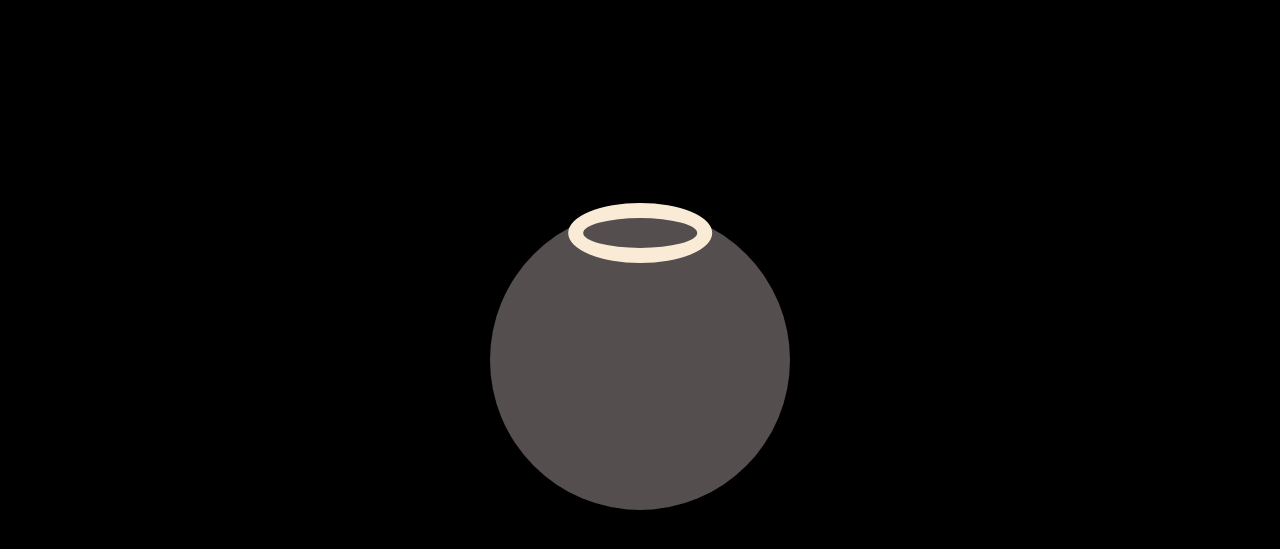
Repository: zjria/Colorful-Glowing-Liquid-Bowl-Animation-Effects
Page: index.html
An editor plug-in stored every save of this project. The page is shown before and after the next save, followed by the edit.
The browser window is 1280 px wide. The pictures show the whole page.

Above is the page before, as saved 2022-04-15 17:43:33.

After the next save:
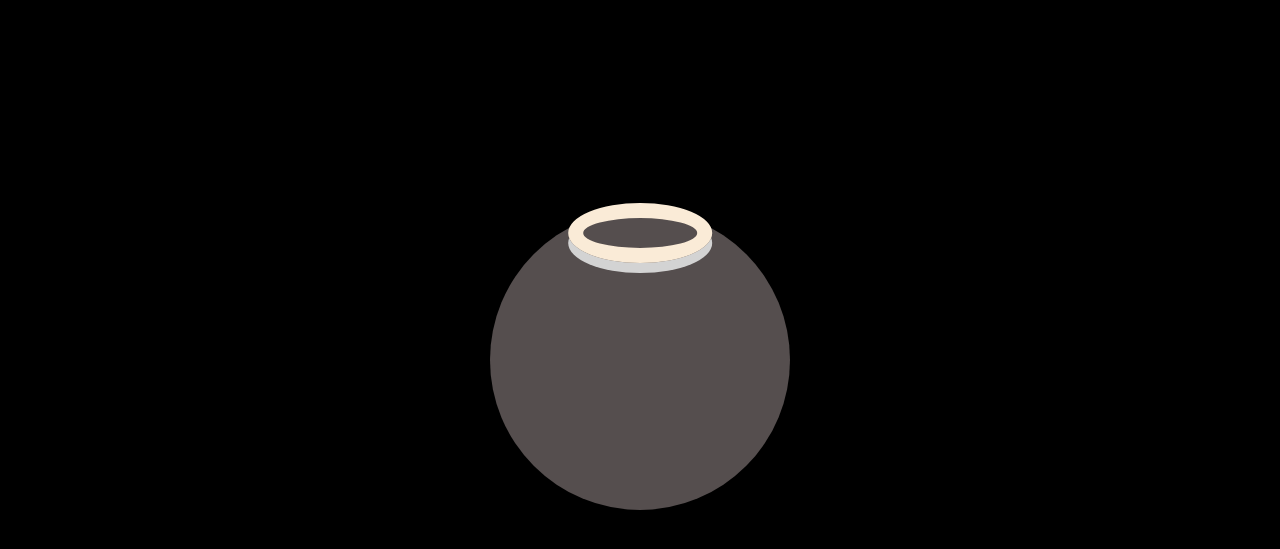
Saved 20 s later.
--- a/style.css
+++ b/style.css
@@ -28,5 +28,5 @@
     height: 30px;
     border-radius: 50%;
     border: 15px solid antiquewhite;
-    box-shadow: 0 10px solid ;
+    box-shadow: 0 10px lightgray ;
 }

After the save that followed:
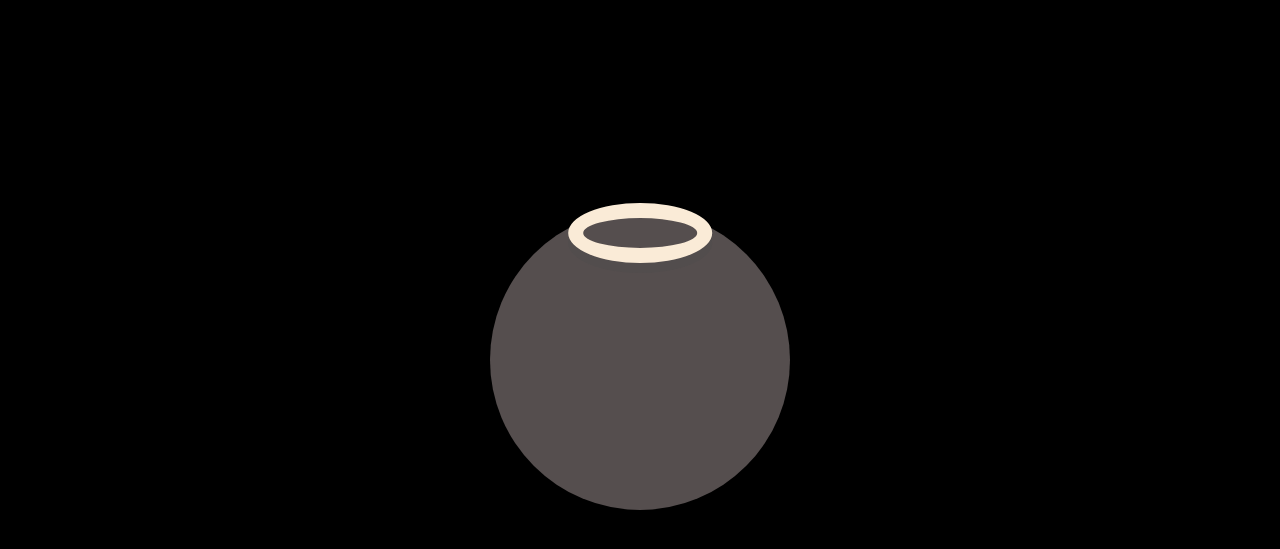
Saved 20 s later.
--- a/style.css
+++ b/style.css
@@ -28,5 +28,5 @@
     height: 30px;
     border-radius: 50%;
     border: 15px solid antiquewhite;
-    box-shadow: 0 10px lightgray ;
+    box-shadow: 0 10px rgb(82, 77, 77) ;
 }
